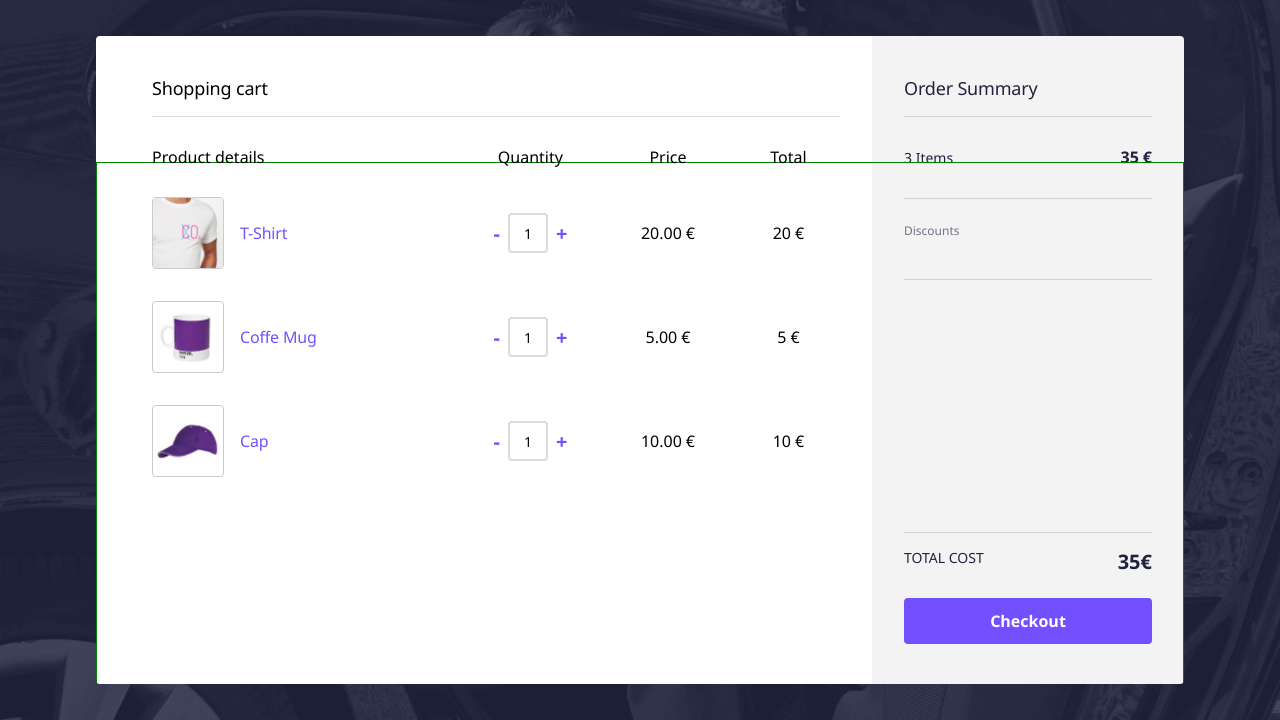
Repository: banchiec/challengecbfy
Page: /
The author's editor kept a copy of each file at every save. The page is drawn from the files as they stood at one save, then again after the next save.
The browser window is 1280 px wide. The pictures show the whole page.
An inner scrolling area shows only its first screen. Some web fonts or font styles are not loaded; a fallback is used. The project was rebuilt for these pictures with package versions that can differ from the ones it lists, and the page was loaded fresh each time. Also part of the build but not shown: craco.config.js.

Above is the page before, as saved 2021-12-10 12:58:15.

### src/index.js
import './index.css';
import App from './App';
import Checkout from './helpers/checkout'
// here a service should be called to obtain the api data
import { products } from './data/data'

import discounts from './helpers/discounts';

const purchase = new Checkout(products, discounts)
purchase.init()
App(purchase)

### src/index.css
@tailwind base;
@tailwind components;
@tailwind utilities;

body {
  margin: 0;
  font-family: -apple-system, BlinkMacSystemFont, 'Segoe UI', 'Roboto', 'Oxygen',
    'Ubuntu', 'Cantarell', 'Fira Sans', 'Droid Sans', 'Helvetica Neue',
    sans-serif;
  -webkit-font-smoothing: antialiased;
  -moz-osx-font-smoothing: grayscale;
}

code {
  font-family: source-code-pro, Menlo, Monaco, Consolas, 'Courier New',
    monospace;
}

@font-face {
  font-family: 'Avenir';
  src:local('Avenir'), url(./assets/fonts/Avenir-Black.woff) format('woff');
}

### src/App.js
import { render } from 'react-dom';
import Main from './components/main/Main'
import './App.css';

function App(purchase) {
  render(<Main purchase={purchase} />, document.getElementById('root'))
}

export default App;

### src/helpers/checkout.js
export default class Checkout {
    constructor(price, discounts = []) {
        this.price = price.reduce((acc, good) => ({ ...acc, [good.code]: good }), {})
        this.discounts = discounts
        this.cartItems = []
    }
    init() {
        this.scan('TSHIRT')
        this.scan('MUG')
        this.scan('CAP')
    }
    scan(code, argument = 1) {
        const currentCartItem = this.cartItems.find((item) => item.code === code);
        if (currentCartItem) {
            switch (argument) {
                case 1:
                    currentCartItem.count += 1;
                    break;
                case -1:
                    currentCartItem.count -= 1;
                    if (currentCartItem.count === 0) {
                        this.cartItems = this.cartItems.filter((item) => item.code !== code);
                    }
                    break;
                default:
                    currentCartItem.count = argument;
                    break;
            }
            return this;
        }
        const currentPriceItem = this.price[code];
        // console.log(this.price)
        if (currentPriceItem) {
            switch (argument) {
                case 1:
                    this.cartItems.push({ ...currentPriceItem, count: 1 });
                    break;
                case -1:
                    break;
                default:
                    this.cartItems.push({ ...currentPriceItem, count: argument });
            }
            return this;
        }
        return new Error(`product with code ${code} has not been found`);


    }
    get actualDiscounts() {
        return this.discounts.reduce(
            (acc, discount) => {
                const res = discount.check(this.items);
                if (res) return [...acc, res];
                return acc;
            }, [],
        );
    }
    get items() {
        return this.cartItems
    }

    get totalDiscount() {
        return this.actualDiscounts.reduce((acc, { discountAmount }) => acc + discountAmount, 0);
    }
    cost(code) {
        const currentCartItem = this.cartItems.find((item) => item.code === code);
        if (currentCartItem) {
            return currentCartItem.count * currentCartItem.price;
        }
        return null;
    }

    preCalc() {
        return ({
            countItems: this.cartItems.reduce((acc, item) => acc + item.count, 0),
            summaryCost: this.cartItems.reduce((acc, item) => acc + (item.count * item.price), 0),
            actualDiscounts: this.actualDiscounts,
        });
    }

    // method total will return total cost as number
    total() {
        return this.cartItems.reduce(
            (acc, item) => acc + (item.count * item.price),
            0,
        ) - this.totalDiscount;
    }
}

### src/data/data.js
import shirt from '../assets/images/shirt.png'
import mug from '../assets/images/mug.png'
import cap from '../assets/images/cap.png'
export const products = [
    {
        id: '1',
        code: 'TSHIRT',
        name: 'T-Shirt',
        price: '20.00',
        image: shirt
    },
    {
        id: '3',
        code: 'MUG',
        name: 'Coffe Mug',
        price: '5.00',
        image: mug

    },
    {
        id: '4',
        code: 'CAP',
        name: 'Cap',
        price: '10.00',
        image: cap

    }
]

### src/helpers/discounts.js
const discounts = [
    {
        name: '2-for-1-Mug',
        check: (products) => {
            const currentProduct = products.find((product) => product.code === 'MUG')
            if (currentProduct && currentProduct.count > 1) {
                return ({
                    name: '2x1 Mug offer',
                    discountAmount: Math.trunc(currentProduct.count / 2) * currentProduct.price
                })
            }
            return null
        }
    },
    {
        name: 'bulk-discount-shirt',
        check: (products) => {
            const currentProduct = products.find((product) => product.code === 'TSHIRT')
            if (currentProduct && currentProduct.count >= 3) {
                return ({
                    name: 'x3-Shirt-offer',
                    discountAmount: (currentProduct.price / 100) * 5 * currentProduct.count
                })
            }
            return null
        }
    }
]

export default discounts

### src/components/main/Main.js
import { useState } from "react"
import OrderSummery from "../OrderSummery/OrderSummery"
import { ShoppingCart } from "../shoppingCart/ShoppingCart"

export default function Main(props) {
    const { purchase } = props
    const [items, setItems] = useState(purchase.items)

    const initStateSum = purchase.preCalc()
    const initTotalCost = purchase.total()

    const [summary, setSummary] = useState({
        ...initStateSum,
        totalCost: initTotalCost
    })

    const scan = (code) => (op) => (e) => {
        switch (op) {
            case 'dec':
                purchase.scan(code, -1);
                break;
            case 'set':
                purchase.scan(code, Number(e.target.value));
                console.log(e.target.value)
                break;
            case 'inc':
                purchase.scan(code, 1);
                break;
            default:
                // unknown operation
                break;
        }
        // set new cart items list for react
        setItems([...purchase.items]);
        const newSums = purchase.preCalc();
        const newTotalCost = purchase.total();
        setSummary({
            ...newSums,
            totalCost: newTotalCost,
        });

    }
    const cost = (code) => purchase.cost(code)

    return (
        <main className="App">
            <ShoppingCart items={items} scan={scan} cost={cost} />
            <OrderSummery summary={summary} />
        </main>
    )
}

### src/App.css
* {
  box-sizing: border-box;
  outline: none;
}

html,
body,
div,
span,
applet,
object,
iframe,
h1,
h2,
h3,
h4,
h5,
h6,
p,
blockquote,
pre,
a,
abbr,
acronym,
address,
big,
button,
cite,
code,
del,
dfn,
em,
img,
ins,
kbd,
q,
s,
samp,
small,
strike,
strong,
sub,
sup,
tt,
var,
b,
u,
i,
center,
dl,
dt,
dd,
ol,
ul,
li,
fieldset,
form,
label,
legend,
table,
caption,
tbody,
tfoot,
thead,
tr,
th,
td,
article,
aside,
canvas,
details,
embed,
figure,
figcaption,
footer,
header,
hgroup,
menu,
nav,
output,
ruby,
section,
summary,
time,
mark,
audio,
video {
  margin: 0;
  padding: 0;
  border: 0;
  vertical-align: baseline;
  font: 100%;
}

/* HTML5 display-role reset for older browsers */
article,
aside,
details,
figcaption,
figure,
footer,
header,
hgroup,
menu,
nav,
section {
  display: block;
}

body {
  -webkit-font-smoothing: antialiased;
  -moz-osx-font-smoothing: grayscale;
  line-height: 1;
}

ol,
ul {
  list-style: none;
}

blockquote,
q {
  quotes: none;
}

a {
  cursor: pointer;
}

blockquote:before,
blockquote:after,
q:before,
q:after {
  content: none;
}

table {
  border-spacing: 0;
  border-collapse: collapse;
}

a {
  text-decoration: none;
}

input:not([type="checkbox"]):not([type="radio"]),
textarea {
  appearance: none;
}

input[type="number"]::-webkit-outer-spin-button,
input[type="number"]::-webkit-inner-spin-button {
  margin: 0;
  appearance: none;
}

input[type="number"] {
  appearance: textfield;
}

input::-ms-clear {
  display: none;
}

select::-ms-expand {
  display: none;
}

textarea {
  overflow: auto;
  vertical-align: top;
}

input::placeholder {
  opacity: 1;
}

h1.main {
  padding-bottom: 16px;
  border-bottom: 1px solid rgba(33, 34, 64, 0.16);
}

.wrapper.border,
.wrapper-half.border {
  border-bottom: 1px solid rgba(33, 34, 64, 0.16);
}

h2,
.products-list li.products-list-title {
  color: #a6a7b3;
  letter-spacing: 1px;
  font-size: 10px;
  line-height: 16px;
}

h2,
.product-code {
  font-size: 12px;
  line-height: 16px;
}

.product-quantity,
.summary input,
.summary ul li,
.summary-total-cost {
  font-size: 14px;
  line-height: 17px;
}

.product h1 {
  font-size: 16px;
  line-height: 24px;
}

.products button.count,
.summary-total-price {
  font-size: 20px;
  line-height: 25px;
}

h2 {
  color: #717285;
  letter-spacing: 0;
  font-weight: 300;
}

h2 + * {
  margin-top: 16px;
}

body {
  margin: 0;
  padding: 0;
  height: 100vh;
  background-image: url("./assets/images/background.png");
  background-color: #212240;
  background-position: top left;
  background-size: cover;
  font-family: Avenir, "Avenir Next", "Segoe UI", sans-serif;
  font-weight: regular;
}

.App {
  position: fixed;
  top: 50%;
  left: 50%;
  display: flex;
  overflow-x: hidden;
  overflow-y: auto;
  max-width: 1088px;
  max-height: 648px;
  width: calc(100% - 64px);
  height: calc(100% - 64px);
  border-radius: 4px;
  background-color: #ffffff;
  transform: translate(-50%, -50%);
}

h1 {
  position: relative;
  letter-spacing: -0.18px;
  font-size: 18px;
  line-height: 24px;
}

.wrapper {
  padding: 32px 0;
}

.wrapper-half {
  padding: 24px 0;
}

.tableHead {
  padding: 32px 0;
}

.row {
  position: relative;
  display: flex;
  flex-flow: row nowrap;
  justify-content: space-between;
}

.row + .row {
  margin-top: 32px;
}

[class*="col-"] {
  display: flex;
  align-items: center;
}

[class*="col-"]:nth-child(n + 2) {
  justify-content: center;
}

.col-product {
  width: 45%;
}

.col-quantity {
  width: 20%;
}

.col-price {
  width: 20%;
}

.col-total {
  width: 15%;
}

input {
  width: 100%;
  height: 48px;
  border-radius: 4px;
}

.currency {
  margin-left: 4px;
}

.products {
  padding: 40px 32px 40px 56px;
}

.products button.count {
  padding: 0 8px;
  height: 40px;
  border: none;
  background: transparent;
  color: #7350ff;
  font-weight: bold;
  cursor: pointer;
}

.products {
  flex: 1;
}

.products-list {
  position: relative;
  width: 100%;
}

.product-image {
  display: flex;
  align-items: center;
  flex-flow: row nowrap;
}

.product-image img {
  margin-right: 16px;
  width: 72px;
  height: 72px;
  border: 1px solid #cacad1;
  border-radius: 4px;
}

.product-code {
  border-radius: 4px;
  color: #a6a7b3;
  letter-spacing: 0.13px;
  font-weight: 400;
}

.product-quantity {
  width: 40px;
  height: 40px;
  border: 2px solid #dbdbe0;
  border-radius: 4px;
  text-align: center;
}

.product-price {
  color: #000000;
  font-size: 16px;
}

.product .clear {
  border: none;
  background: transparent;
}

.product .clear span {
  position: relative;
  display: block;
  width: 16px;
  height: 16px;
}

.product .clear span:before,
.product .clear span:after {
  content: "";
  position: absolute;
  top: 8px;
  left: 2px;
  display: block;
  width: 12px;
  height: 2px;
  border-radius: 8px;
  background-color: #a6a7b3;
  transform: rotate(-45deg);
  transform-origin: center center;
}

.product .clear span:before {
  transform: rotate(45deg);
}

.product h1 {
  color: #7350ff;
}

.summary {
  display: flex;
  flex-flow: column wrap;
  padding: 40px 32px;
  width: 312px;
  background-color: #f3f3f3;
  color: #212240;
}

.summary > * {
  width: 100%;
}

.summary-items-price {
  font-size: 16px;
  font-weight: bold;
}

.summary input {
  margin: 8px auto;
  color: #a6a7b3;
  text-indent: 16px;
  text-transform: uppercase;
}

.summary input::placeholder {
  color: #a6a7b3;
  text-transform: lowercase;
}

.summary ul li {
  display: flex;
  justify-content: space-between;
}

.summary ul li > *:nth-child(2) {
  font-weight: bold;
}

.summary ul li + li {
  margin-top: 20px;
}

.summary-total {
  align-self: flex-end;
  margin-top: auto;
  padding-top: 16px;
  padding-bottom: 0;
  border-top: 1px solid rgba(33, 34, 64, 0.16);
  color: #212240;
}

.summary-total-cost {
  flex-basis: 100%;
  text-transform: uppercase;
}

.summary-total-price {
  font-weight: bold;
}

.summary button[type="submit"] {
  margin-top: 24px;
  padding-top: 16px;
  padding-bottom: 16px;
  width: 100%;
  border-radius: 4px;
  background: #7350ff;
  color: #ffffff;
  font-size: 16px;
  font-weight: bold;
  line-height: 14px;
  cursor: pointer;
}

/* MODAL */
.modal {
  position: absolute ;
  width: 1088px;
  height: 648px;
  /* left: 176px; */
  top: 126px;
  border: 1px solid green;
}
.content {
  position: absolute;
  width: 248px;
  height: 358px;
  left: 984px;
  top: 270px;
}
.background {
  position: absolute;
  width: 1440px;
  height: 904px;
  left: 0px;
  top: -2px;
}

### src/components/OrderSummery/OrderSummery.js
import React from 'react';
import { uniqueId } from 'lodash';

function OrderSummery(props) {
    const {
        summary: {
            countItems, summaryCost, actualDiscounts, totalCost,
        },
    } = props;
    return (
        <aside className="summary">
            <h1 className="main">Order Summary</h1>
            <ul className="summary-items wrapper border">
                <li>
                    <span className="summary-items-number">
                        {countItems || 0}
                        {' '}
                        Items
                    </span>
                    <span className="summary-items-price">
                        {summaryCost || 0}
                        <span className="currency">
                            €
                        </span>
                    </span>
                </li>
            </ul>
            <div className="summary-discounts wrapper-half border">
                <h2>Discounts</h2>
                {actualDiscounts && (
                    <ul>
                        {actualDiscounts.map((disc) => (
                            <li key={uniqueId()}>
                                <span>{disc.name}</span>
                                <span>
                                    -
                                    {disc.discountAmount}
                                    {' '}
                                    €
                                </span>
                            </li>
                        ))}
                    </ul>
                )}
            </div>
            <div className="summary-total wrapper">
                <ul>
                    <li>
                        <span className="summary-total-cost">
                            Total cost
                        </span>
                        <span className="summary-total-price">
                            {totalCost || 0}
                            €
                        </span>
                    </li>
                </ul>
                <button type="submit">Checkout</button>
            </div>
        </aside>
    );
}

export default OrderSummery;

### src/components/shoppingCart/ShoppingCart.js
import { uniqueId } from 'lodash'
import { CartString } from '../CartString/CartString'

export const ShoppingCart = (props) => {
    // console.log(props)
    const { items, scan, cost } = props


    const setDetails = (e) => {
        console.log(e)

    }

    return (
        <>
            <div className="modal">
                <div className="content"></div>
            </div>
            <section className="products">
                <h1 className="main">Shopping cart</h1>
                <ul className="product-list tableHead">
                    <li className="products-list-title row">
                        <div className="col-product">Product details</div>
                        <div className="col-quantity">Quantity</div>
                        <div className="col-price">Price</div>
                        <div className="col-total">Total</div>
                    </li>
                </ul>
                <ul className="products-list">
                    {items.map((item) => (
                        <CartString
                            content={item}
                            scan={scan(item.code)}
                            cost={cost(item.code)}
                            key={uniqueId()}
                            onClick={setDetails}
                        />
                    ))}
                </ul>
            </section>
        </>
    )
}

### src/components/CartString/CartString.js
import { useState } from 'react'
// import DetailsModal from "../DetailsModal/DetailsModal"

export const CartString = (props) => {
    const [show, setShow] = useState(false)
    const {
        content: {
            productCode,
            name,
            count,
            image,
            price
        },
        scan,
        cost,
    } = props

    const setDetails = (e) => {
        console.log(e)
    }


    return (
        <>
            <li className="product row" onClick={setDetails}>
                <div className="col-product">
                    <figure className="product-image">
                        <img src={image} alt={image} />
                        <div className="product-description">
                            <h1 className="product-description-details">{name}</h1>
                            <p className="product-code">{productCode}</p>
                        </div>
                    </figure>
                </div>
                <div className="col-quantity">
                    <button type="button" className="count" onClick={scan('dec')}>
                        -
                    </button>
                    <input type="text" className="product-quantity" value={count} onChange={scan('set')} />
                    <button type="button" className="count" onClick={scan('inc')}>
                        +
                    </button>
                </div>
                <div className="col-price">
                    <span className="product-price">
                        {price}
                    </span>
                    <span className="product-currency currency">€</span>
                </div>
                <div className="col-total">
                    <span className="product-price">{cost}</span>
                    <span className="product-currency currency">€</span>
                </div>
            </li>
        </>
    )
}

Loaded but not shown: public/index.html (common file); tailwind.config.js (common file)

After the next save:
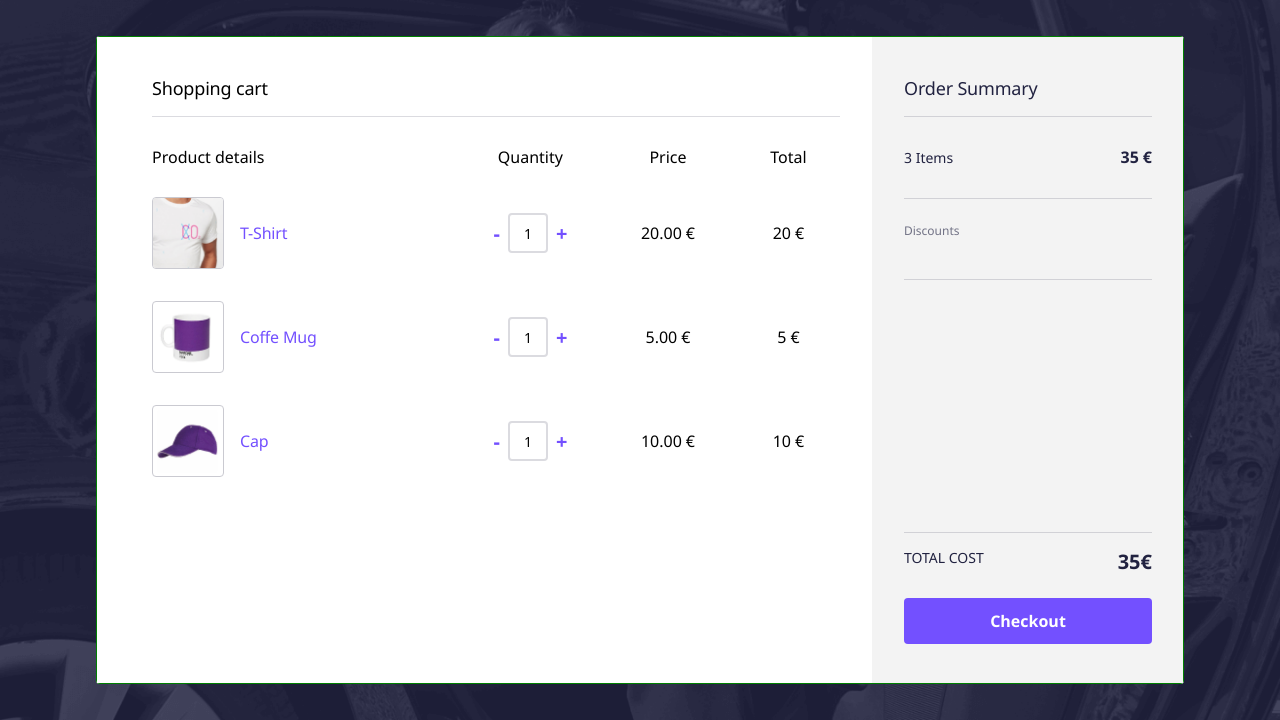
Saved 7 s later.
--- a/src/App.css
+++ b/src/App.css
@@ -494,7 +494,7 @@ input {
   width: 1088px;
   height: 648px;
   /* left: 176px; */
-  top: 126px;
+  /* top: 126px; */
   border: 1px solid green;
 }
 .content {
